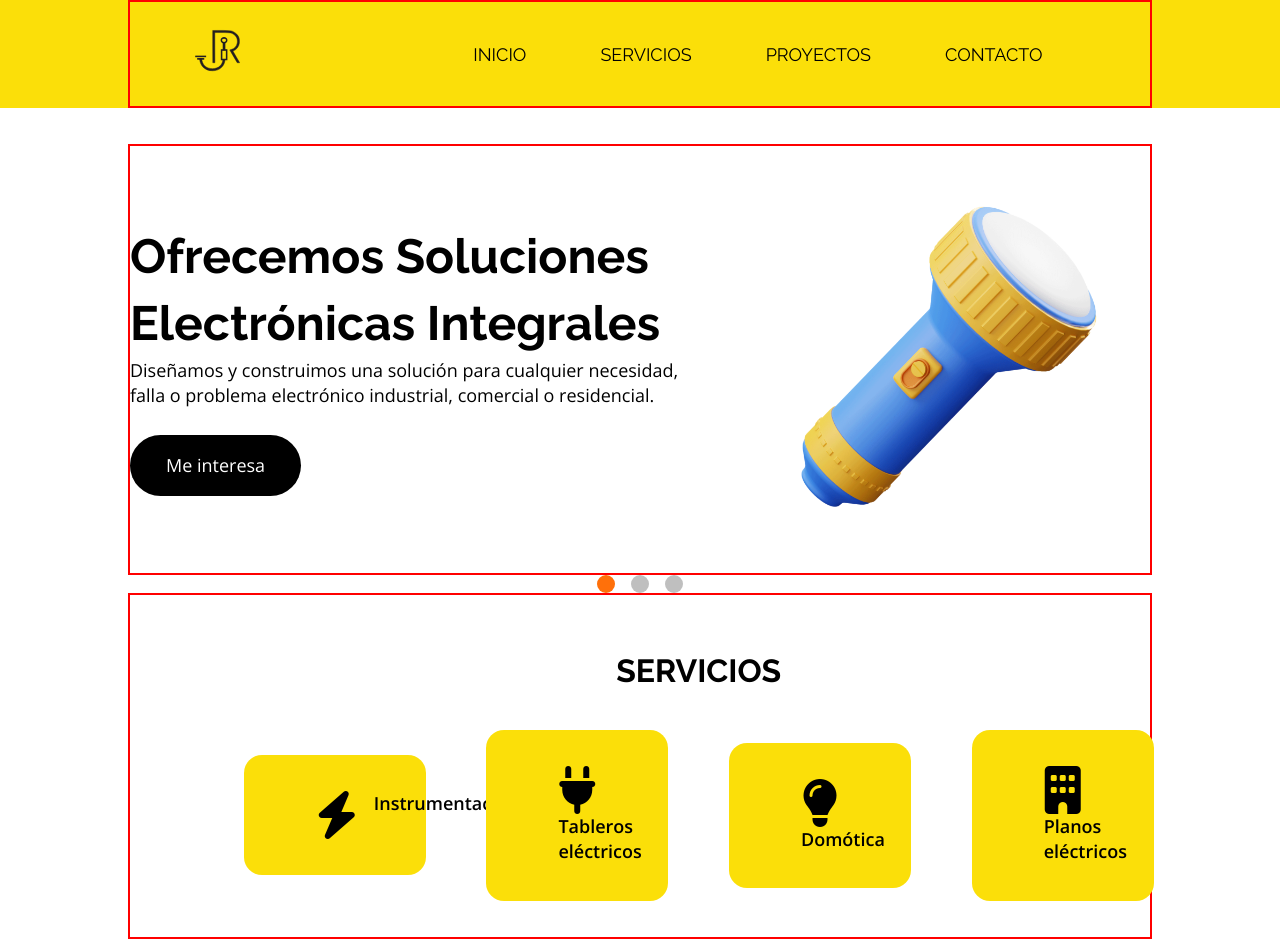
Repository: jeraldinnemg/rjelectronics
Page: index.html
The author's editor kept a copy of each file at every save. The page is drawn from the files as they stood at one save, then again after the next save.
The browser window is 1280 px wide. The pictures show the whole page.
Some web libraries are served in a nearby version.

Above is the page before, as saved 2022-08-03 20:59:51.

### index.html
<!DOCTYPE html>
<html lang="en">
<head>
    <meta charset="UTF-8">
    <meta http-equiv="X-UA-Compatible" content="IE=edge">
    <meta name="viewport" content="width=device-width, initial-scale=1.0">
    <link rel="shortcut icon" href="img/favicon.png" type="image/x-icon">
    <!-- Google fonts -->
    <link rel="preconnect" href="https://fonts.googleapis.com">
    <link rel="preconnect" href="https://fonts.gstatic.com" crossorigin>
<link href="https://fonts.googleapis.com/css2?family=Open+Sans:wght@300;400;500;600&family=Raleway:wght@300;400;500;600;700;800&display=swap" rel="stylesheet">
<link rel="stylesheet" href="https://cdnjs.cloudflare.com/ajax/libs/font-awesome/6.1.1/css/all.min.css" integrity="sha512-KfkfwYDsLkIlwQp6LFnl8zNdLGxu9YAA1QvwINks4PhcElQSvqcyVLLD9aMhXd13uQjoXtEKNosOWaZqXgel0g==" crossorigin="anonymous" referrerpolicy="no-referrer" />
    <!-- Custom system -->
    <link rel="stylesheet" href="index.css">
    <script src="https://kit.fontawesome.com/05b8218d7f.js" crossorigin="anonymous"></script>


    <script src="navigation.js" defer></script>
    <script src="tabs.js" defer></script>
    <script src="counter.js" defer></script>

    <title>RJ Electronics</title>
</head>
<body>

    <!-- <link rel="stylesheet" href="https://maxcdn.bootstrapcdn.com/font-awesome/4.5.0/css/font-awesome.min.css">
    <a href="https://api.whatsapp.com/send?phone=541150219541&text=Hola%20RJelectronics%20tengo%20una%20consulta" class="float" target="_blank">
    <i class="fa fa-whatsapp my-float"></i>
    </a> -->

    <header class="primary-header">
        <div class="container row" style="border: 2px solid red">
            <a href="#">
                <img class="logo" width="50px" height="50px"src="img/logo.svg" alt="logo">
            </a>
            <button class="mobile-nav-toggle" aria-controls="primary-navigation"><span class="sr-only" aria-expanded="false">Menu</span></button>
            <nav>
                <ul class="primary-navigation flex" data-visible="false">
                    <li><a href="#inicio" class="uppercase text-dark ff-serif">Inicio</a></li>
                    <li><a href="#services" class="uppercase text-dark ff-serif">Servicios</a></li>
                    <li><a href="#projects" class="uppercase text-dark ff-serif">Proyectos</a></li>
                    <li><a href="#contact" class="uppercase text-dark ff-serif">Contacto</a></li>
                </ul>
            </nav>
        </div>
    </header>

    <section class="hero" id="inicio" >
        <div class="container row" style="border: 2px solid red">
            <!-- CTA-1 -->
            <article class="a-self" id="lampara-tab" role="tabpanel" tabindex="0">
                <h1 class="ff-serif fs-700">Ofrecemos Soluciones Electrónicas Integrales</h1>
                <p class="ff-sans fs-400">Diseñamos y construimos una solución para cualquier necesidad, falla o problema electrónico industrial, comercial o residencial.</p>
                <a href="https://api.whatsapp.com/send?phone=541150219541&text=Hola%20RJelectronics%20tengo%20una%20consulta" class="button" target="_blank"><span>Me interesa</span></a>
            </article>
            <!-- CTA-2 -->
            <article hidden class="a-self" id="destornillador-tab" role="tabpanel" tabindex="0">
                <h2 class="ff-serif fs-700">Creamos espacios luminosos a tu medida</h2>
                <p class="ff-sans fs-400">Nos encargamos de calcular los lumens necesarios para que obtengas un espacio con luz de calidad.</p>
                <a href="https://api.whatsapp.com/send?phone=541150219541&text=Hola%20RJelectronics%20tengo%20una%20consulta" class="button" target="_blank"><span>Ver más</span></a>
            </article>
            <!-- CTA-3 -->
            <article hidden class="a-self" id="interruptor-tab" role="tabpanel" tabindex="0">
                <h2 class="ff-serif fs-700">Creamos ambientes inteligentes</h2>
                <p class="ff-sans fs-400">Nos encargamos de automatizar espacios y lugares de manera fácil y rápida.</p>
                <a href="https://api.whatsapp.com/send?phone=541150219541&text=Hola%20RJelectronics%20tengo%20una%20consulta" class="button" target="_blank"><span>Me interesa</span></a>
            </article>
            <picture class= "hero__image" id="lampara-image">
                <img src="img/lampara.png" alt="lampara" >
            </picture>
            <picture class= "hero__image" hidden id="destornillador-image">
                <img src="img/destornillador.png" alt="destornillador">
            </picture>
            <picture class= "hero__image" hidden id="interruptor-image">
                <img src="img/interruptor.png" alt="interruptor">
            </picture>
        </div>
        <!-- Dots -->
       <div class="dot-indicators flex" role="tablist" aria-label="services list">
            <button aria-selected="true" aria-controls="lampara-tab" data-image="lampara-image" role="tab" tabindex="0"><span class="sr-only">Lampara</span></button>
            <button aria-selected="false" aria-controls="destornillador-tab" data-image="destornillador-image" role="tab" tabindex="-1"><span class="sr-only">destornillador</span></button>
            <button aria-selected="false" aria-controls="interruptor-tab" data-image="interruptor-image" role="tab" tabindex="-1"><span class="sr-only">Interruptor</span></button>
        </div>
    </section>
    <main class="container row" style="border: 2px solid red">
        <section class="services" id="services">
            <h2 class="ff-serif fs-600 uppercase">Servicios</h2>
            <div class="container row">
                <article class="card flex">
                    <i class="fa-solid fa-bolt fs-700"></i>
                    <div class="card-body">
                        <h2 class="card-title fs-400">Instrumentación</h2>
                    </div>
                </article>
                <article class="card">
                    <i class="fa-solid fa-plug fs-700 "></i>
                    <div class="card-body">
                        <h2 class="card-title fs-400">Tableros eléctricos</h2>

                    </div>
                </article>
                <article class="card">
                    <i class="fa-solid fa-lightbulb fs-700"></i>
                    <div class="card-body">
                        <h2 class="card-title fs-400">Domótica</h2>

                    </div>
                </article>
                <article class="card">
                    <i class="fa-solid fa-building  fs-700"></i>
                    <div class="card-body">
                        <h2 class="card-title fs-400">Planos eléctricos</h2>

                    </div>
                </article>
        </div>
        </section>
        <!-- <section class="projects" id="projects">
            <h2 class="ff-serif fs-600 uppercase">Proyectos</h2>
            <div class="projects-container grid-container">
                <article class="project" style="background-image: url('img/servicio-electricidad.JPG')">
                    <div class="project-overlay">
                    <h2 class="overlay-text fs-600 uppercase" >Tablero eléctrico</h2>
                    </div>
                </article>
                <article class="project" style="background-image: url('img/trabajos-iluminacion-galpon.JPG')">
                    <div class="project-overlay">
                        <h2 class="overlay-text fs-500 uppercase">Iluminación industrial</h2>
                    </div>
                </article>
                <article class="project" style="background-image: url('img/iluminacion-oficinas.jpeg') ">
                    <div class="project-overlay">
                        <h2 class="overlay-text fs-500 uppercase">Iluminación de oficina</h2>
                    </div>
                </article>
                <article class="project" style="background-image: url('img/servicios-domotica.jpg') ">
                    <div class="project-overlay">
                        <h2 class="overlay-text fs-500 uppercase">Domótica en casa</h2>
                    </div>
                </article>
        </div>
        </section> -->
    <!-- </main>

    <!-- <section class="statics flex">
        <h2 class="ff-serif fs-600 uppercase">Nuestros números</h2>
        <div class="container" >
        <div class="static">
            <span class="character fs-600">+</span><span class="counter character fs-600 fw-600 hide" data-target="8"></span>
            <p class="fs-400">Años de experiencia</p>
        </div>
        <div class="static">
            <span class="character fs-600">+</span><span class="counter character fs-600 fw-600 hide" data-target="50"></span>
            <p class="fs-400">Proyectos terminados</p>
        </div>
        <div class="static">
            <span class="character fs-600">+</span><span class="counter character fs-600 fw-600 hide" data-target="40"></span>
            <p class="fs-400">Clientes felices</p>
        </div>
    </div>
    </section> -->

<!--
    <footer class="flex" id="contact">
        <a href="#">
            <img class="logo" width="50px" height="50px"src="img/logo.svg" alt="logo">
        </a>
        <div class="contact">
            <h3 class="ff-serif fs-400 uppercase">¡Síguenos!</h3>
            <div class="flex a-item"><i class="fa-brands fa-instagram"></i><a href="https://www.instagram.com/" class="text-dark  fs-400 ff-sans fw-200"  target="_blank">@rjelectronics</a></div>
            <div class="flex a-item"><i class="fa-brands fa-youtube"></i><a href="https://www.youtube.com/" class="text-dark fs-400 ff-sans fw-200"  target="_blank">Soluciones electrónicas</a></div>
            <div class="flex a-item"><i class="fa-brands fa-linkedin-in"></i><a href="https://www.linkedin.com/in/ingreinaldomora/" class="text-dark fs-400 ff-sans fw-200" target="_blank" >Reinaldo Mora</a></div>

        </div>
        <div class="contact">
            <h3 class="ff-serif fs-400 uppercase" >Contacto</h3>
            <div class="flex a-item"><i class="fa-solid fa-envelope"></i><p class="fs-400 ff-sans fw-200">info@rjelectronic.com</p></div>
            <div class="flex a-item"><i class="fa-solid fa-phone"></i><p class="fs-400 ff-sans">+54-1150219541</p></div>
            <div class="flex a-item"><i class="fa-solid fa-location-dot"></i><p class="fs-400 ff-sans">Buenos Aires, CABA.</p></div>
        </div>
    </footer>
    <div class="copyright">Made with <i class="fa-solid fa-bolt"></i> © by Jeralidea</div>
     -->
</body>
</html>

### index.css
/* ----------------------- */
/* --Custom properties---- */
/* ----------------------- */

:root {
   /*colors*/
   --clr-dark: 0 0% 0%;
   --clr-main: 53 97% 51%;
   --clr-secondary: 25 100% 52%;
   --clr-white: 0 0% 100%;

/*font-sizes*/
--fs-1100: 9.375rem; /*150x*/
--fs-1000: 6.25rem; /*100px*/
--fs-900: 4.5rem; /*72px*/
--fs-800: 3.5rem; /*56px*/
--fs-700: 3rem; /*48px*/
--fs-600: 2rem; /*32px*/
--fs-500: 1.75rem; /*28px*/
--fs-400: 1.125rem; /*18px*/
--fs-300: 1rem; /*16px*/
--fs-200: 0.875rem; /*14px*/

/*font-family*/
--ff-serif: "Raleway", serif;
--ff-sans: "Open sans", sans-serif;


}

.uppercase {
    text-transform: uppercase;
}

/* -------------- */
/* -----RESET---- */
/* -------------- */

*,
*::before,
*::after {
    box-sizing: border-box;
}

/* Reset margins */
h1,
h2,
h3,
h4,
h5,
body,
p,
picture,
figure {
    margin:0;
}

/* Set up the body  */

html{
    height: -webkit-fill-available;
    scroll-behavior: smooth;
}

body {
    font-family: var(--ff-sans);
    font-size: var(--fs-400);
    color:hsl(var(--clr-dark));
    height: 100vh;
    line-height: 1.4;
    min-height: 100vh;

    display: grid;
    grid-template-rows: min-content 1fr;

    overflow-x:hidden;
}

/* Make images easier to work */
img,
picture {
    max-width: 100%;
}

/* Make form elements easier to work*/
input,
select,
button,
textarea {
    font: inherit;
}

/* Remove all animations, transitions and smooth scroll for people that prefer not to see them (Accesibility Recourse piccali.li*/
@media (prefers-reduced-motion: reduce) {
    html:focus-within {
     scroll-behavior: auto;
    }

    *,
    *::before,
    *::after {
      animation-duration: 0.01ms !important;
      animation-iteration-count: 1 !important;
      transition-duration: 0.01ms !important;
      scroll-behavior: auto !important;
    }
  }

/* ------------------ */
/* -UTILITY CLASES-- */
/* ----------------- */

.flex {
    display: flex;
    gap: var(--gap, 1rem);
}

.grid {
    display: grid;
    gap: var(--gap, 1rem);
}

.a-self{
    align-self: center;
}

.a-item{
    align-items: center;
}


.container {
    width: 80%;
    max-width: 1200px;
    margin:0 auto;
}

.col {
    width:100%
}

header {
    background-color: var(--clr-dark);
    text-align: center;
}

header >div{
    display: flex;
}

.logo{
    margin: 1.5rem 0;
}

.nav {
    width: 100%;
}

.dot-indicators{
    justify-content: center;
}

.hero{
    margin-top: 2em;
}


.sr-only {
    position: absolute;
    width: 1px;
    height: 1px;
    padding: 0;
    margin: -1px;
    overflow: hidden;
    border: 0;
}

/*Colors */

.bg-dark { background-color: hsl(var(--clr-dark));}
.bg-yellow {background-color: hsl(var(--clr-yellow));}
.bg-white { background-color: hsl(var(--clr-white));}

.text-dark { color: hsl(var(--clr-dark));}
.text-dark { color: hsl(var(--clr-dark));}
.text-dark { color: hsl(var(--clr-dark));}

/*Typography */

.ff-serif {font-family: var(--ff-serif);}
.ff-sans {font-family: var(--ff-sans);}

.letter-spacing-1  {letter-spacing: 4.75px;}
.letter-spacing-2  {letter-spacing: 2.7px;}
.letter-spacing-1  {letter-spacing: 2.35px;}

.fs-900 {font-size: var(--fs-900);}
.fs-800 {font-size: var(--fs-800);}
.fs-700 {font-size: var(--fs-700);}
.fs-600 {font-size: var(--fs-600);}
.fs-500 {font-size: var(--fs-500);}
.fs-400 {font-size: var(--fs-400);}
.fs-300 {font-size: var(--fs-300);}
.fs-200 {font-size: var(--fs-200);}

.fw-400 {font-weight: 400;}
.fw-500 {font-weight: 500;}
.fw-600 {font-weight: 600;}

/* General */

.flex {
    display: flex;
    gap: var(--gap, 1rem);
}

.flex.even-columns > * {
    width: 100%;
}

.grid {
    display: grid;
    gap: var(--gap, 1rem);
}

.d-block {
    display: block;
}



/* ----------------- */
/* ---COMPONENT----- */
/* ----------------- */

/* Primary header */

.logo{
    margin: 1.5rem clamp(1.5rem, 5vw, 4rem);
}

.primary-header{
    align-items:center;
    justify-content: space-between;
    background-color: hsl(var(--clr-main));
}


.primary-navigation{
    --gap: clamp(1.5rem, 5vw, 3.5rem);
    list-style: none;
    text-decoration: none;
    padding: 0;
    margin:0;
}

.primary-navigation a{
    text-decoration: none;
    margin-right: 1em;
}

.mobile-nav-toggle{
    display: none;
}

@media(max-width:35em){
    .primary-navigation{
        --underline-gap: 0.5rem;
        position: fixed;
        inset: 0 0 0 20%;
        z-index:1000;
        padding: min(20rem, 15vh);
        margin:0;
        z-index:1000;
        list-style: none;
        flex-direction: column;
        background-color: hsl(var(--clr-main));
        transform: translateX(100%);
        transition: transform ease-in-out;

    }

    .primary-navigation[data-visible='true']{
        transform: translateX(0);
    }

    .mobile-nav-toggle {
        display: block;
        position: absolute;
        z-index:2000;
        right: 3rem;
        top: 2rem;
        background: transparent;
        background-image: url(img/icon-hamburger.svg);
        background-repeat:no-repeat;
        background-position: center;
        width: 1.5rem;
        aspect-ratio:1;
        border: 0;
        cursor: pointer;
    }

    .mobile-nav-toggle[aria-expanded='true']{
        background-image: url(img/icon-close.svg);
    }

    .mobile-nav-toggle:focus-visible{
        outline:5px solid white;
        outline-offset: 5px;
    }
}

@media (min-width: 35em){
    .primary-navigation, .contact{
        padding-inline: clamp(3rem, 7vw, 7rem);
    }

}

@media(min-width: 45em){
    .primary-navigation{
        margin-block:2rem;
    }
}


/* ---------- */
/* --BUTTON-- */
/* --------- */

 .button {
    display: inline-flex;
	background: hsl(var(--clr-dark));
    padding: 1em 2em;
    border-radius: 2em;
    color: hsl(var(--clr-white));
	position: relative;
    text-decoration: none;
    transition: 0.3s ease all;
	position:relative;
	overflow:hidden;
    margin-top: 1.5em;
}

.button span {
	position:relative;
	z-index:2;
	transition: 0.3s ease all;
}

.button::after {
	content: "";
	width: 100%;
	height:100%;
	background: hsl(var(--clr-secondary));
	position: absolute;
	z-index: 1;
	top: -80px;
	left: 0;
	transition: 0.3s ease-in-out all;
}

.button:hover::after{
	top:0;
	}

/* ---------- */
/* -- DOTS -- */
/* ---------- */

.dot-indicators > * {
        cursor: pointer;
        border: 0;
        border-radius: 50%;
        padding: .5em;
        background-color: hsl(var(--clr-dark)/ .25) ;
 }

.dot-indicators > *:hover,
.dot-indicators > *:focus {
        background-color: hsl(var(--clr-secondary)/ .5);
    }

.dot-indicators > [aria-selected="true"] {
        background-color: hsl( var(--clr-secondary) / 1);
    }

/* ---------- */
/* Card     */
/* --------- */
.card{
    background-color: hsl( var(--clr-main));
    flex-direction: column
    text-align: center;
    padding: 2em 4em;
    margin: 2em 0em;
    border-radius: 1em;
}

i:hover{
    color: hsl( var(--clr-secondary));
}

.services, .projects, .statics{
    text-align: center;
    margin-top: 3em;
}

/* -------------------------*/
/* -------PROJECTS -------- */
/* -------------------------*/

.projects-container{
    grid-template-columns: repeat(1, 1fr);
    margin-top: 2em;
    gap:2rem;
}

.projects-container >article{
    position: relative;

    min-width: 400px;
    min-height: 400px;
    background-size: cover;
    background-repeat: no-repeat;
    background-position: center center;
    border-radius: 1em;
}

.projects .project .project-overlay{
    width: 0%;
	height: 100%;
	position: absolute;
	bottom: 0;
	left: 0;
	right: 0;
	background: hsl( var(--clr-main));
	overflow: hidden;
    border-radius: 1em;
	transition: .5s ease;
}

.projects .project:hover .project-overlay {
    width: 100%;
    opacity: 0.8;
}

.overlay-text {
	top: 50%;
	left: 50%;

	position: absolute;
	white-space: nowrap;
	color: hsl(var(--clr-dark));
	transform: translate(-50%, -50%);
	overflow: hidden;
	border-top: 1px solid #fff;
	border-bottom: 1px solid #fff;
}

/* -------------------------*/
/* -------STATICS --------- */
/* -------------------------*/

.statics {
    background-color: hsl( var(--clr-secondary));
    flex-direction: column;
}

.statics >h2{
    margin-top: 2em;
}

.static{
    padding: 2em 4em;
    margin: 2em 0em;
    flex-direction: column;
}

.character {
    color: hsl( var(--clr-dark));
}

/* -------------------------*/
/* -------FOOTER ---------- */
/* -------------------------*/

footer{
    background-color: hsl( var(--clr-main));
    color: hsl( var(--clr-dark));
    padding: 2em 0em;
    text-align: center;
    line-height: 2.5em;

    flex-direction: column;
    align-items:center;
    justify-content: space-between;
}

.copyright {
    text-align: center;
    background-color: hsl( var(--clr-main)/0.5);
}

.copyright i {
    color: hsl( var(--clr-secondary));
}

footer a {
    text-decoration: none;
    list-style: none;
}

/* -------------------------*/
/* -------Whataspp--------- */
/* -------------------------*/

.float{
	position:fixed;
	width:60px;
	height:60px;
	bottom:40px;
	right:40px;
	background-color:#25d366;
	color:#FFF;
	border-radius:50px;
	text-align:center;
  font-size:30px;
	box-shadow: 2px 2px 3px #999;
  z-index:100;
}

.float:hover {
	text-decoration: none;
	color: #25d366;
  background-color:#fff;
}

.my-float{
	margin-top:16px;
}

/* -------------------------*/
/* -------COUNTER----------- */
/* -------------------------*/

@keyframes show {
    0% {
        opacity: 0.5;
        transform: translateY(100px);
    }
    100% {
        opacity: 1;
        transform: translateY(0);
    }
}

.hide {
    opacity: 0%;
}

.animate{
    animation: show 1.3s;
}

/* -------------------------*/
/* -------LAYOUT----------- */
/* -------------------------*/

.grid-container {
    display: grid;
    text-align: center;
    place-items:center;
    padding-inline: 1rem;
}

@media (min-width: 35em){

}

@media (min-width: 45em){
    .row {
        display: flex;
        align-items: center;
        justify-content: space-between;
    }

    .grid-container {
        text-align: left;
        column-gap: var(--container-gap, 2rem);
        grid-template-columns: minmax(1rem, 1fr)
        repeat (2, minmax((0, 30rem)) minmax(1rem, 1fr));
    }

    .grid-container--home {
        padding-bottom: max(6rem, 20vh);
        align-items: left;
    }

    .container {
        flex-direction: row;
        gap: 2em;
    }

    .hero__image{
        max-width: 40%;
    }

    .card {
        max-width: 20%;
    }

    .projects-container{
        grid-template-columns: repeat(2, 1fr);
        gap: 5em;
    }
    footer{
        flex-direction: row;
        justify-content: space-between;
        align-items: center;
    }

}

### navigation.js
// javascript

const nav = document.querySelector(".primary-navigation");
const navToggle = document.querySelector('.mobile-nav-toggle');


// when someone clicks the hamburguer button

navToggle.addEventListener('click', () => {

// if the nav is closed, open it

    const visibility = nav.getAttribute("data-visible");

    if (visibility === 'false') {
        nav.setAttribute('data-visible', true);
        navToggle.setAttribute('aria-expanded', true);
    } else {
        nav.setAttribute('data-visible', false);
        navToggle.setAttribute('aria-expanded', false);

    }
});

### counter.js
const counters = document.querySelectorAll('.counter')

counters.forEach(counter => {
    counter.innerText='0';

    const updateCounter = () => {

        // Create const
        const target = +counter.getAttribute('data-target')


         const c = +counter.innerText

         const increment = target / 300;

         if (c < target) {
             counter.innerText = `${Math.ceil(c+increment)}`
             setTimeout(updateCounter,100)
         } else {
             counter.innerText = target
         }
         // verify target function console.log(typeof target, target)
         //console.log(increment)
    }

    updateCounter()

    const showCounter= elements =>{
        elements.forEach(e => {
            if(e.isIntersecting){
                e.target.classList.add('animate')
                e.target.classList.remove('hide')
                setTimeout(updateCounter, 500)
            }
        });
    }

    const observer = new IntersectionObserver(showCounter, {
        threshold:.7 // 0-1
    })

    const elementsHTML = document.querySelectorAll('.counter');
    elementsHTML.forEach(elementHTML =>{
        observer.observe(elementHTML)
    })

})

Loaded but not shown: tabs.js (74 lines, source omitted)

After the next save:
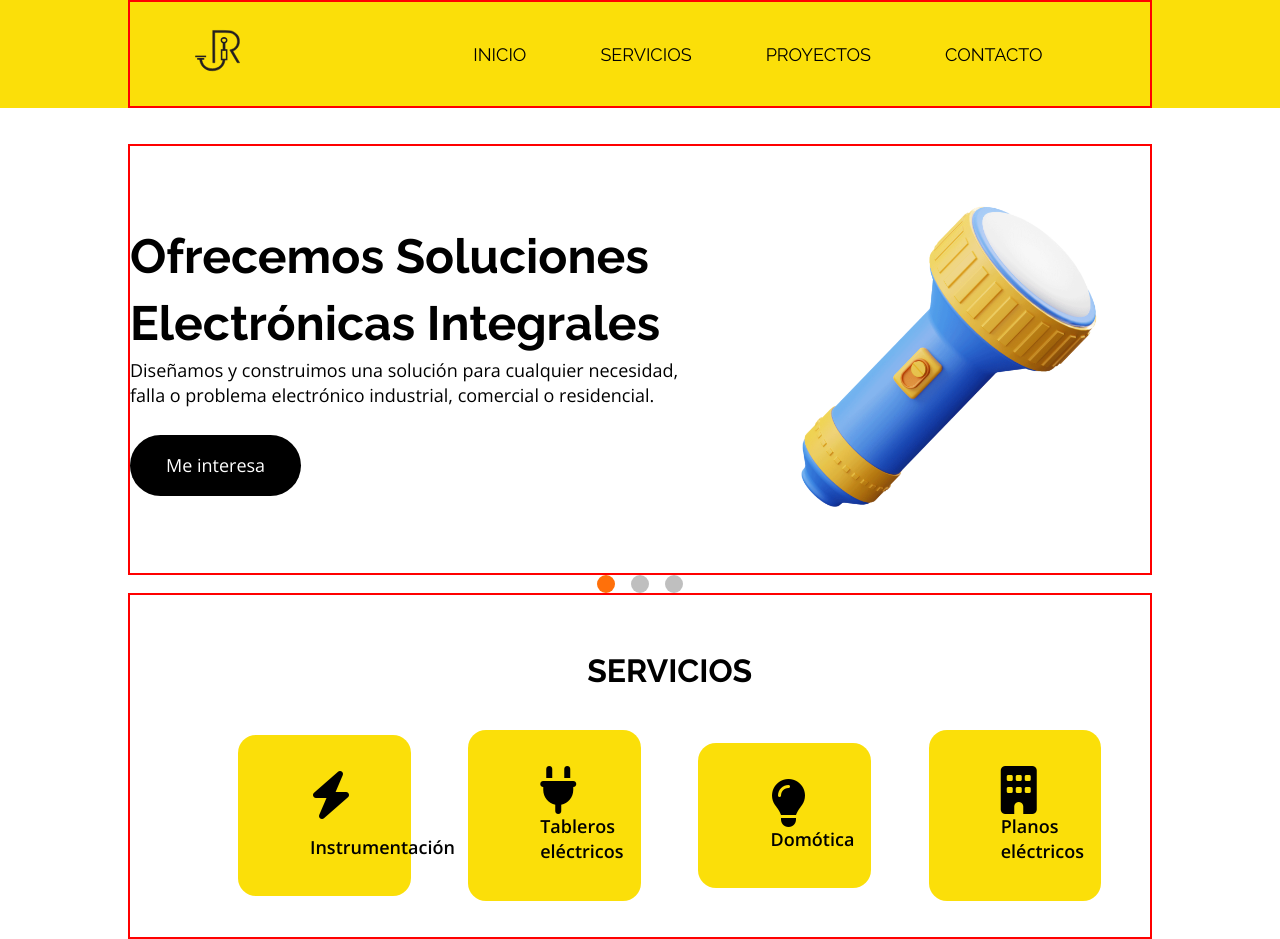
Saved 5 s later.
--- a/index.css
+++ b/index.css
@@ -390,7 +390,7 @@ header >div{
 /* --------- */
 .card{
     background-color: hsl( var(--clr-main));
-    flex-direction: column
+    flex-direction: column;
     text-align: center;
     padding: 2em 4em;
     margin: 2em 0em;
